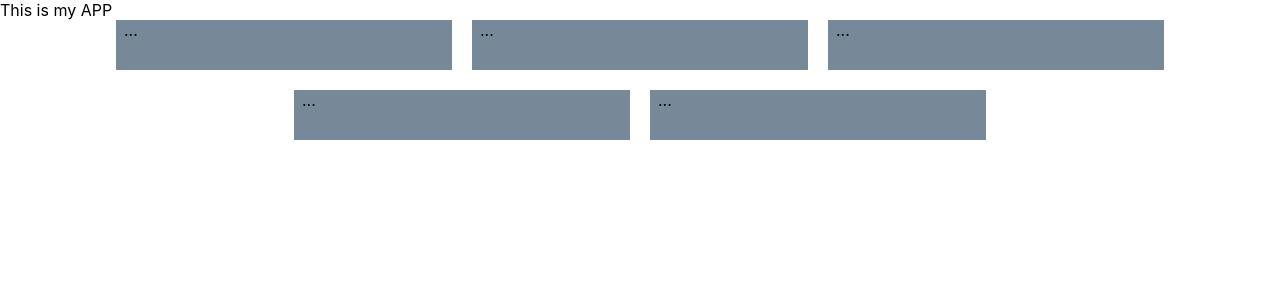
Repository: vnevescode/ui-components-react
Page: /
An editor plug-in stored every save of this project. The page is shown before and after the next save, followed by the edit.
The browser window is 1280 px wide. The pictures show the whole page.
The project was rebuilt for these pictures with package versions that can differ from the ones it lists, and the page was loaded fresh each time.

Above is the page before, as saved 2022-06-09 22:17:18.

### src/App.js
import React from 'react';
import Cards from './components/Cards/Cards';

function App() {
  return (
    <div className="App">
      <div>This is my APP</div>
      <Cards/>
    </div>
  );
}

export default App;

### src/components/Cards/Cards.jsx
import React from 'react'
import './Cards.style.css'

const Cards = () => {
  return (
    <>
        <div className="cards">
            {/* A card with given width */}
            <div className="cards__item">
                {'...'}
            </div>
            {/* Repeat other cards */}
            <div className="cards__item">
                {'...'}
            </div>
            <div className="cards__item">
                {'...'}
            </div>
            <div className="cards__item">
                {'...'}
            </div>
            <div className="cards__item">
                {'...'}
            </div>
        </div>
    </>
  )
}

export default Cards

### src/components/Cards/Cards.style.css

.cards{
    display: flex;
    /* flex-direction: column; */
    justify-content: center;
    flex-wrap: wrap;
    gap: 20px;
    width: 100%;
}

.cards__item{
    width: 50px;
    height: 50px;
    flex-basis: 25%;
    padding-left: 8px;
    padding-right: 8px;
    background-color: lightslategray;
}

Loaded but not shown: public/index.html (common file); src/index.js (common file); src/index.css (common file)

After the next save:
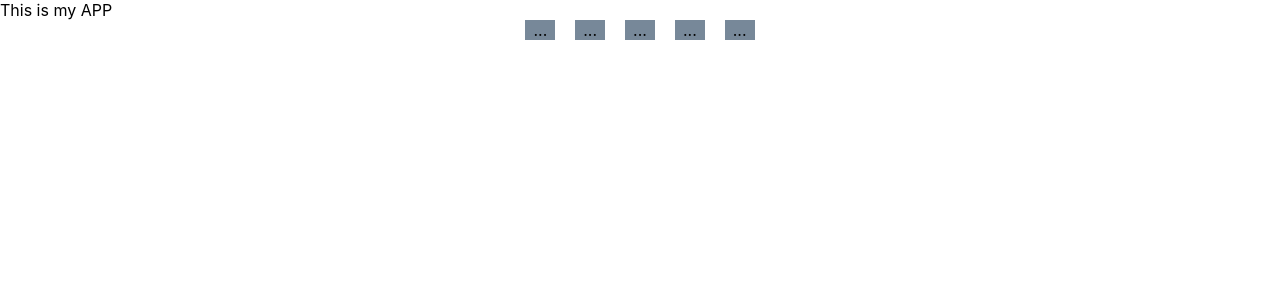
Saved 117 s later.
--- a/src/components/Cards/Cards.style.css
+++ b/src/components/Cards/Cards.style.css
@@ -9,9 +9,9 @@
 }
 
 .cards__item{
-    width: 50px;
-    height: 50px;
-    flex-basis: 25%;
+    /* width: 50px;
+    height: 50px; */
+    flex-basis: auto;
     padding-left: 8px;
     padding-right: 8px;
     background-color: lightslategray;
